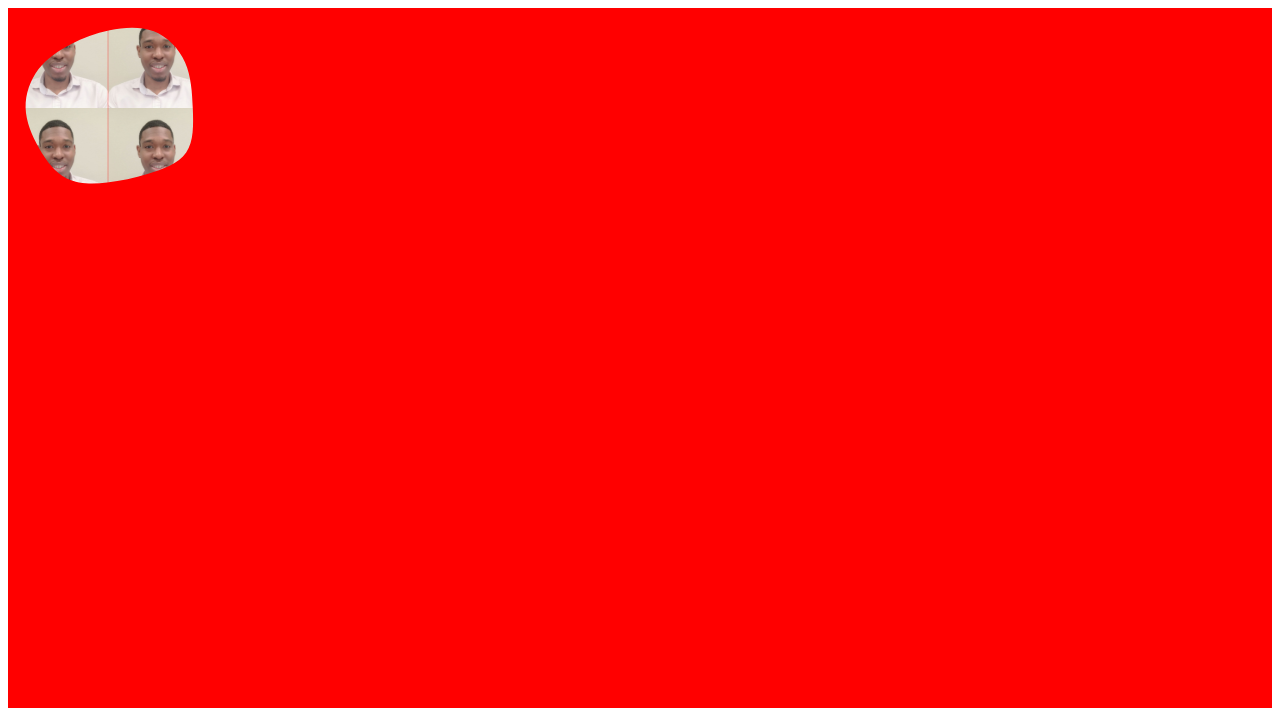
Repository: DNoel26/My_Dev_Portfolio
Page: index.html
These files come from the project's save history. The page is drawn as it stood at one moment and after a run of saves; the edit follows.
The browser window is 1280 px wide. The pictures show the whole page.

Above is the page before, as saved 2021-01-23 03:42:12.

After the next 2 saves:
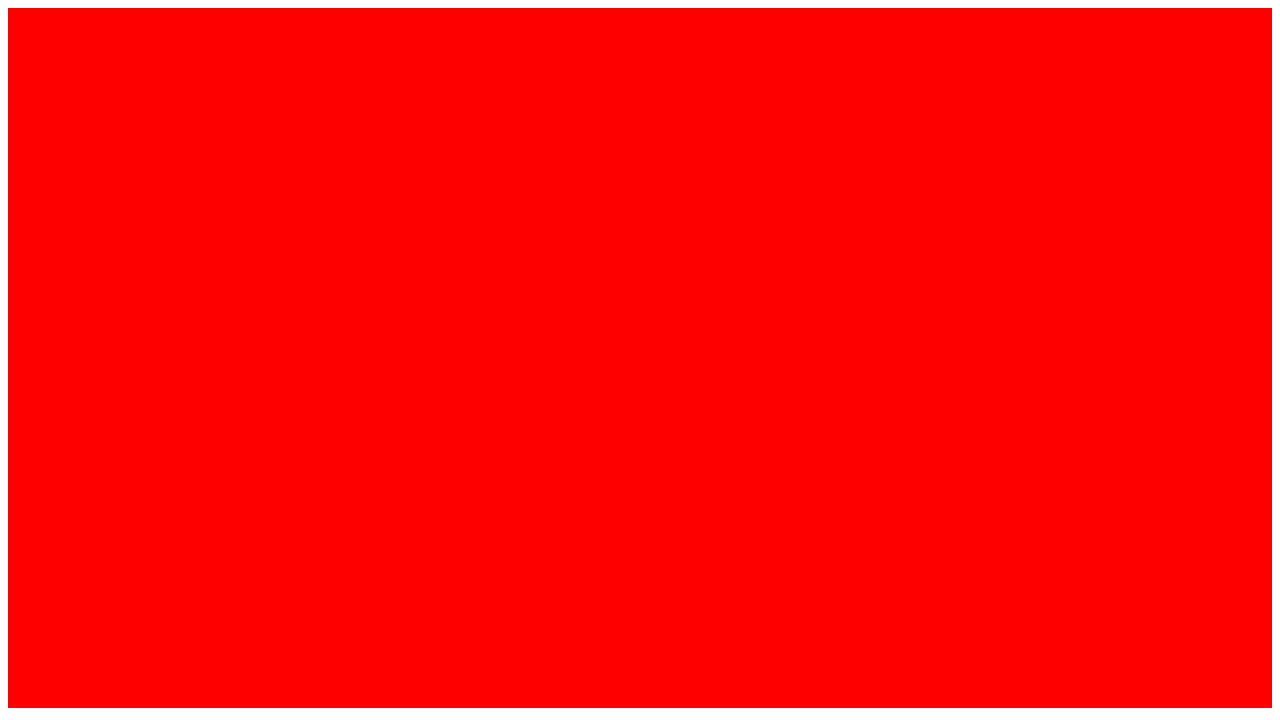
The 2 saves are shown as one change because they came seconds apart.
The last was saved 14 s later.
--- a/index.html
+++ b/index.html
@@ -10,11 +10,11 @@
     <header>
         <div>
             <svg viewBox="0 0 200 200" xmlns="http://www.w3.org/2000/svg">
-                <defs>
+                <!--<defs>
                     <pattern id="img1" patternUnits="userSpaceOnUse" width="100" height="100">
                       <image href="/img/profile_pic.jpg" x="0" y="0" width="100" height="100" />
                     </pattern>
-                  </defs>
+                  </defs>-->
                 <path fill="url(#img1)" d="M45.8,-76.7C59.5,-71.3,70.9,-59.4,77.1,-45.6C83.2,-31.7,84.1,-15.8,84.8,0.4C85.4,16.6,85.9,33.2,78.2,44.4C70.5,55.6,54.6,61.4,40.2,65.7C25.9,70.1,12.9,72.9,-0.9,74.5C-14.7,76,-29.4,76.2,-41.2,70.4C-53,64.5,-61.8,52.7,-69.1,39.9C-76.3,27.2,-82,13.6,-82.4,-0.2C-82.7,-14,-77.7,-28,-69.4,-38.9C-61,-49.7,-49.4,-57.5,-37.2,-63.8C-25.1,-70,-12.6,-74.8,1.7,-77.8C16,-80.8,32,-82,45.8,-76.7Z" transform="translate(100 100)" />
             </svg>
         </div>
